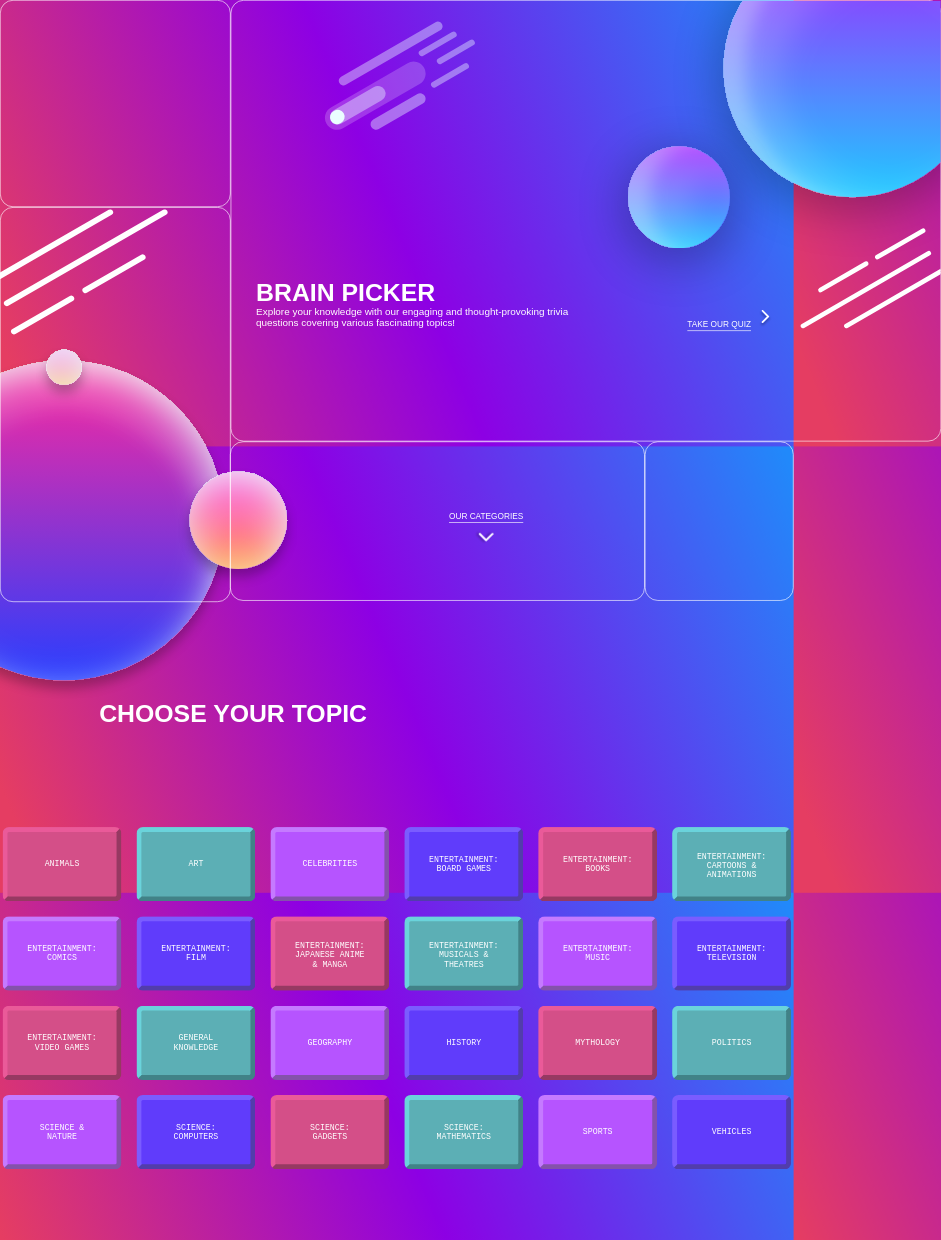
Repository: pjiang604/COMP-2170_Final-Project
Page: index.html
These files come from the project's save history. The page is drawn as it stood at one moment and after the next save; the edit follows.
The browser window is 1280 px wide. The page is 1518 px wide, so the pictures cover 1518 px, including what lies to the right of the window. The pictures show the whole page, at 62% of full size.
Backgrounds fixed to the window are drawn as part of the page.

Above is the page before, as saved 2023-04-30 13:32:02.

### index.html
<!DOCTYPE html>
<html lang="en">
  <head>
    <meta charset="UTF-8">
    <meta http-equiv="X-UA-Compatible" content="IE=edge">
    <meta name="viewport" content="width=device-width, initial-scale=1.0">
    <link rel="stylesheet" href="style.css">
    <title> Brain Picker </title>
    <script src="/easy.js"></script>
    <script src="/medium.js"></script>
    <script src="/hard.js"></script>
  </head>
  <body>
    <div class="container">
      <div class="graphic__left">
        <img class="bottom__left_sphere" src="/Assets/bg_graphics/bottom_left_sphere_group.svg" alt="">
        <img class="left__shooting_star" src="/Assets/bg_graphics/shooting_star_left.svg" alt="">
      </div>
      <div class="left__containers">
        <div class="left__container_top"></div>
        <div class="left__container_bottom"></div>
      </div>
      <div class="quiz__container">
        <div class="left__content">
          <h1> BRAIN PICKER </h1>
          <p> Explore your knowledge with our engaging and thought-provoking trivia questions covering various fascinating topics! </p>
        </div>
        <div class="right__content">
          <div class="graphics">
            <img class="shooting__star_top" src="/Assets/bg_graphics/shooting_star_alt.svg" alt="">
            <img class="top__right_sphere" src="/Assets/bg_graphics/top_right_sphere_group.svg" alt="">
            <img class="star__right" src="/Assets/bg_graphics/shooting_star_right.svg" alt="">
          </div>
          <div class="quiz__button">
            <a href="#">
              <button class="take__quiz_button"> TAKE OUR QUIZ </button>
              <img class="quiz__arrow" src="/Assets/buttons/arrow-head.svg" alt="">
            </a>
          </div>
        </div>
      </div>
    </div>
    <div class="bottom__containers">
      <div class="bottom__container_left">
        <a href="#">
          <button class="categories__button"> OUR CATEGORIES </button>
        </a>
        <img class="categories__arrow" src="/Assets/buttons/arrow-head.svg" alt="" width="30px">
      </div>
      <div class="bottom__container_right"></div>
    </div>

    <div class="categories__section">
      <h1 class="topics_header">CHOOSE YOUR TOPIC</h1>

      <div class="categories_container">
        <button class='topic_button1' id="animals">animals</button>
        <button class='topic_button2' id="art">art</button>
        <button class='topic_button3' id="celebrities">celebrities</button>
        <button class='topic_button4' id="board_games">entertainment: board games</button>
        <button class='topic_button1' id="books">entertainment: books</button>
        <button class='topic_button2' id="cartoons_animations">entertainment: cartoons & animations</button>
        <button class='topic_button3' id="comics">entertainment: comics</button>
        <button class='topic_button4' id="film">entertainment: film</button>
        <button class='topic_button1' id="japanese_anime">entertainment: japanese anime & manga</button>
        <button class='topic_button2' id="musicals_theatre">entertainment: musicals & theatres</button>
        <button class='topic_button3' id="music">entertainment: music</button>
        <button class='topic_button4' id="television">entertainment: television</button>
        <button class='topic_button1' id="video_games">entertainment: video games</button>
        <button class='topic_button2' id="general_knwoledge">general knowledge</button>
        <button class='topic_button3' id="geography">geography</button>
        <button class='topic_button4' id="history">history</button>
        <button class='topic_button1' id="mythology">mythology</button>
        <button class='topic_button2' id="politics">politics</button>
        <button class='topic_button3' id="science_nature">science & nature</button>
        <button class='topic_button4' id="computers">science: computers</button>
        <button class='topic_button1' id="gadgets">science: gadgets </button>
        <button class='topic_button2' id="mathematics">science: mathematics</button>
        <button class='topic_button3' id="sports">sports</button>
        <button class='topic_button4' id="vehicles">vehicles</button>
      </div>
    </div>

  </body>
</html>

### style.css
:root {
	--primary-font: Arial, Helvetica, sans-serif;
	--secondary-font: 'Courier New', Courier, monospace;
	--font-weight-general: normal;
	--font-weight-light: 100;
	--font-weight-bold: bold;
	--font-size-body: 12pt;
	--font-size-heading: 30pt;
	--font-size-sub-heading: 22pt;

	--white: #fff;
	--black: #000000;
	--crimson: #d44f88;
	--crimson-2:#ea5a99;
	--teal:#5CAFB5;
	--teal-2:#6ad3db;
	--indigo:#603CFB;
	--indigo-2:#7a5cff;
	--purple: #B654FF;
	--purple-2:#c57aff;
}

h1 {
	font-size: var(--font-size-heading);
	font-weight: var(--font-weight-bold);
	font-family: var(--primary-font);
}

h2 {
	font-size: var(--font-size-sub-heading);
	font-weight: var(--font-weight-bold);
	font-family: var(--primary-font);
}

p {
	font-size: var(--font-size-body);
	font-weight: var(--font-weight-general);
	font-family: var(--primary-font);
}

* {
	margin: 0;
}

body {
	/* Linear gradient bg */
	background: linear-gradient(247.38deg, #2189FA 0.96%, #8D00E4 50.19%, #E53D62 95.42%);
	min-height: 2000px;
	background-attachment: fixed;
	background-position: center;
	background-repeat: no-repeat;
	background-size: cover;
	max-width: 100%;
}

/**Main container**/
.container {
	display: flex;
}

.bottom__left_sphere {
	position: absolute;
	width: 30rem;
	top: 35rem;
	z-index: -1;
}

.left__shooting_star {
	width: 17rem;
	position: absolute;
	top: 21rem;
}

/**Left containers**/
.left__container_top {
	box-sizing: border-box;
	display: flex;
	width: 372px;
	height: 334px;
	border: 0.25px solid #FFFFFF;
	border-radius: 21px;
}

.left__container_bottom {
	box-sizing: border-box;
	display: flex;
	width: 372px;
	height: 637px;
	border: 0.25px solid #FFFFFF;
	border-radius: 21px;
}

/**Bottom containers**/
.bottom__containers {
	display: flex;
	margin-top: -16.2rem;
	/* justify-content: end; */
	padding-left: 23.2rem;
}

.bottom__container_left {
	box-sizing: border-box;
	display: flex;
	width: 52.8rem;
	height: 257px;
	border: 0.25px solid #FFFFFF;
	border-radius: 21px;
}

.bottom__container_right {
	box-sizing: border-box;
	display: flex;
	width: 303px;
	height: 257px;
	border: 0.25px solid #FFFFFF;
	border-radius: 21px;
}

/**Quiz Section**/
.quiz__container {
	box-sizing: border-box;
	display: flex;
	width: 71.6rem;
	height: 44.5rem;
	border: 0.15px solid #FFFFFF;
	border-radius: 21px;
}

.shooting__star_top {
	position: absolute;
	right: 32rem;
	top: 2rem;
}

.top__right_sphere {
	display: flex;
	justify-content: end;
}

.star__right {
	display: flex;
	position: relative;
	float: right;
	bottom: 8rem;
}

.left__content {
	color: var(--white);
	width: 40rem;
	padding-left: 2.5rem;
	padding-top: 28rem;
}

.take__quiz_button {
	border: none;
	text-decoration: underline;
	text-underline-offset: 5px;
	color: var(--white);
	background: none;
	padding-left: 11rem;
	cursor: pointer;
}

.quiz__button>a {
	text-decoration: none;
}


.categories__button {
	border: none;
	text-decoration: underline;
	text-underline-offset: 5px;
	color: var(--white);
	background: none;
	padding-left: 22rem;
	padding-top: 7rem;
	cursor: pointer;
}

.categories__arrow {
	rotate: 90deg;
	margin-top: 2.5rem;
	position: absolute;
	left: 48rem;
	top: 50.5rem;
}

.bottom__container_left>a {
	text-decoration: none;
}


/** Topics Section **/
.categories__section{
	display: flex;
	flex-direction: column;
	align-items: left;
	justify-content: center;
	margin-top: 10rem;
}
.topics_header{
	color: var(--white);
	margin-left: 10rem;
}

.categories_container{
	font-family: var(--secondary-font);
	display: grid;
	grid-template-columns: 12rem 12rem 12rem 12rem 12rem 12rem;
	gap: 1.5rem;
	align-items: center;
	justify-content: center;
	padding-top: 10rem;
}

.topic_button1{
	font-family: var(--secondary-font);
	border-width: .5rem;
	height: 7.5rem;
    color: var(--white);
    border-radius: 0.656rem;
    background-color: var(--crimson);
    border-color: var(--crimson-2);
	padding: 2rem;
	text-transform: uppercase;

}

.topic_button2{
	font-family: var(--secondary-font);
	background-color: var(--teal);
	height: 7.5rem;
	color: var(--white);
	border-radius: 0.656rem;
	border-color: var(--teal-2);
	border-width: .5rem;
	text-transform: uppercase;
	padding: 2rem;
}
.topic_button3{
	font-family: var(--secondary-font);
	background-color:var(--purple);
	height: 7.5rem;
	color: var(--white);
	border-radius: 0.656rem;
	border-color:var(--purple-2);
	border-width: .5rem;
	text-transform: uppercase;
	padding: 2rem;
}
.topic_button4{
	font-family: var(--secondary-font);
	background-color:var(--indigo);
	height: 7.5rem;
	color: var(--white);
	border-radius: 0.656rem;
	border-color: var(--indigo-2);
	border-width: .5rem;
	text-transform: uppercase;
	padding: 2rem;
}

Loaded but not shown: easy.js (no stored copy; drawn as an empty file); medium.js (no stored copy; drawn as an empty file); hard.js (no stored copy; drawn as an empty file)

After the next save:
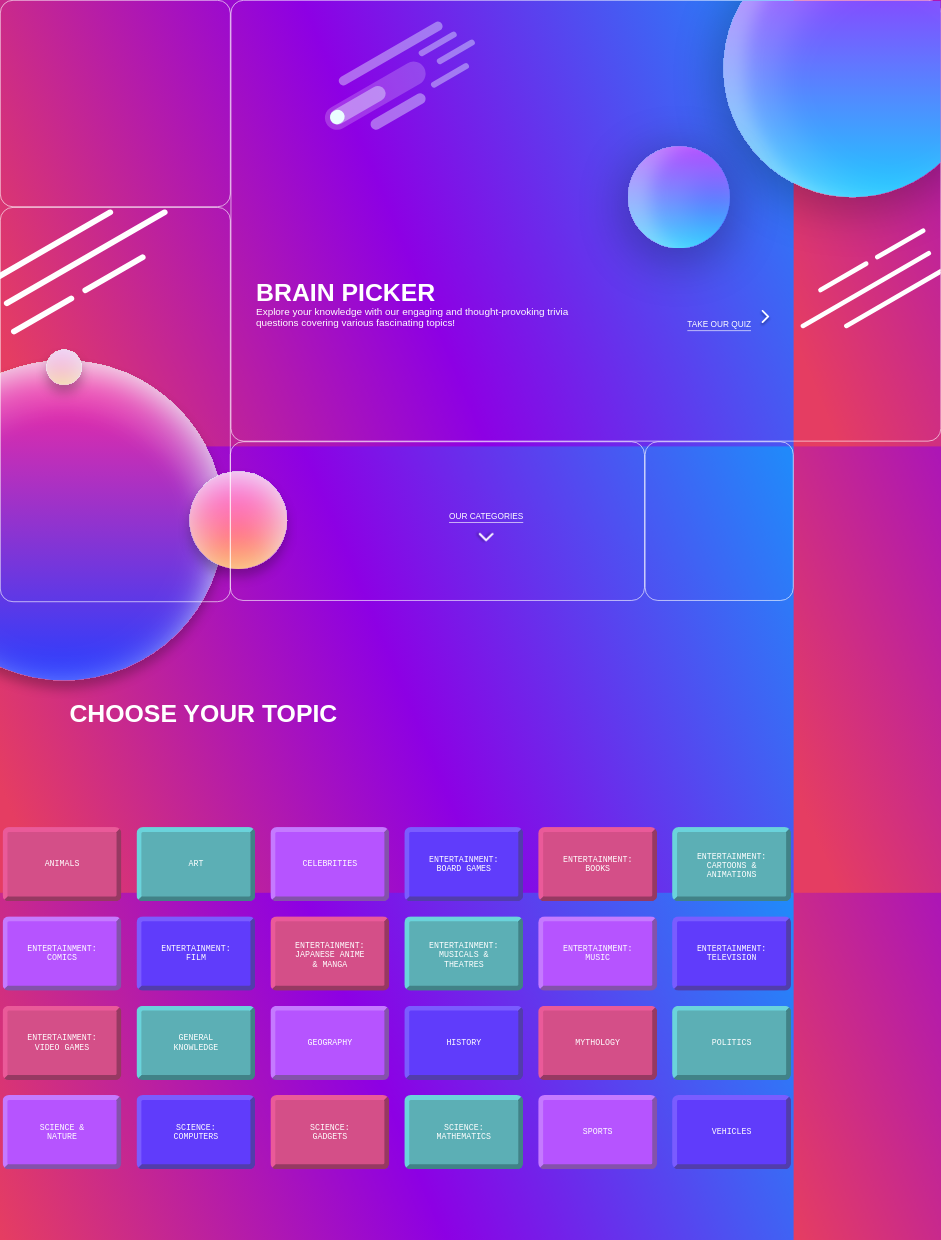
Saved 27 s later.
--- a/style.css
+++ b/style.css
@@ -200,7 +200,7 @@ body {
 }
 .topics_header{
 	color: var(--white);
-	margin-left: 10rem;
+	margin-left: 7rem;
 }
 
 .categories_container{
